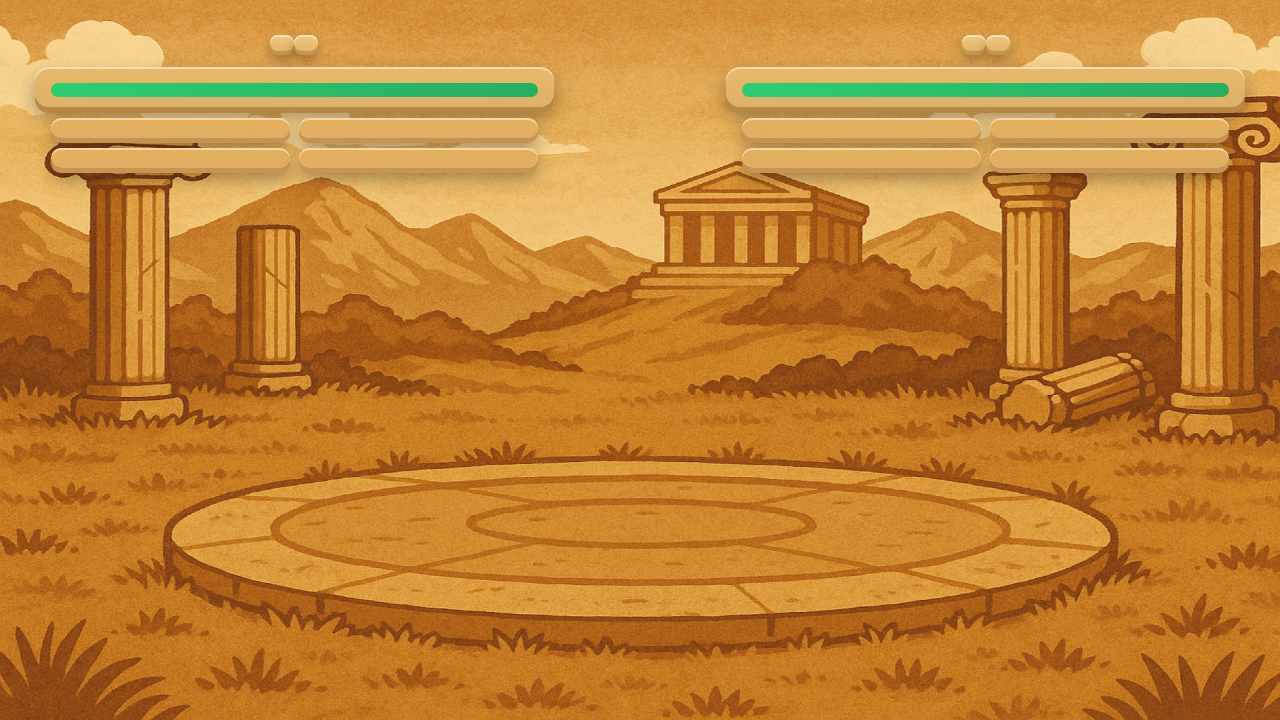
Repository: brianabariteau/Web-1-Final-Project-2025
Page: features/game/game.html
These files come from the project's save history. The page is drawn as it stood at one moment and after the next save; the edit follows.
The browser window is 1280 px wide. The pictures show the whole page.
Some web fonts or font styles are not loaded; a fallback is used.

Above is the page before, as saved 2025-12-23 18:48:39.

### features/game/game.html
<!DOCTYPE html>
<html lang="en">
  <head>
    <meta charset="UTF-8" />
    <meta name="viewport" content="width=device-width, initial-scale=1.0" />
    <title>MythoBattle Game</title>
    <link
      rel="icon"
      type="image/x-icon"
      href="../../assets/characters/zeus.png"
    />
    <script type="module" defer src="./game.js"></script>
    <link rel="stylesheet" href="./game.css" />
    <script
      src="https://code.jquery.com/jquery-3.7.1.min.js"
      integrity="sha256-/JqT3SQfawRcv/BIHPThkBvs0OEvtFFmqPF/lYI/Cxo="
      crossorigin="anonymous"
    ></script>
    <link
      href="https://fonts.googleapis.com/css2?family=Jersey+25&display=swap"
      rel="stylesheet"
    />
  </head>
  <body></body>
</html>

### features/game/game.js
"use strict";

import { CHARACTER_MOVES } from "../../constants/character-movesets.js";
let mode = localStorage.getItem("mode");
let player1Character = JSON.parse(localStorage.getItem("player1Character"));
let player2Character = JSON.parse(localStorage.getItem("player2Character"));

console.log(player1Character);
console.log(player2Character);

// * Functions
function updateGameDisplay() {
  if (!player1Character || !player2Character) return;

  // ? Player 1
  const player1 = player1Character.name;
  console.log(player1);

  player1Icon.attr("src", player1Character.imgSrc);

  player1NameText.text(player1);

  player1Move1.text(CHARACTER_MOVES[player1].move1name);
  player1Move2.text(CHARACTER_MOVES[player1].move2name);
  player1Move3.text(CHARACTER_MOVES[player1].move3name);
  player1Move4.text(CHARACTER_MOVES[player1].move4name);

  player1ability1.text(CHARACTER_MOVES[player1].ability1name);
  player1ability2.text(CHARACTER_MOVES[player1].ability2name);

  // ? Player 2
  const player2 = player2Character.name;

  player2Icon.attr("src", player2Character.imgSrc);

  player2NameText.text(player2);

  player2Move1.text(CHARACTER_MOVES[player2].move1name);
  player2Move2.text(CHARACTER_MOVES[player2].move2name);
  player2Move3.text(CHARACTER_MOVES[player2].move3name);
  player2Move4.text(CHARACTER_MOVES[player2].move4name);

  player2ability1.text(CHARACTER_MOVES[player2].ability1name);
  player2ability2.text(CHARACTER_MOVES[player2].ability2name);
}

async function loadCharacters() {
  updateGameDisplay();
}

// * The Background Image
const background = $("<img>")
  .addClass("background")
  .attr("src", "./assets/battle-background.png")
  .attr("alt", "Background");

// * Player 1
// ? Character Icon
const player1Icon = $("<img>").addClass("player1-icon");

// ! Battle Buttons + Progress
const player1battle = $("<div>").addClass("player1-battle");

// ? Name + Healthbar
const player1Name = $("<div>").addClass("player1-name");
const player1NameText = $("<div>").addClass("player1-name-text");
const player1Health = $("<div>").addClass("player1-health");

$(player1Name).append(player1NameText, player1Health);

// ? Movesets
const player1Moves = $("<div>").addClass("player1-moves");
const player1Move1 = $("<button>").addClass("moves");
const player1Move2 = $("<button>").addClass("moves");
const player1Move3 = $("<button>").addClass("moves");
const player1Move4 = $("<button>").addClass("moves");

$(player1Moves).append(player1Move1, player1Move2, player1Move3, player1Move4);

// ? Abilities
const player1Abilities = $("<div>").addClass("player1-abilities");
const player1ability1 = $("<button>").addClass("player1-ability1");
const player1ability2 = $("<button>").addClass("player1-ability2");
$(player1Abilities).append(player1ability1, player1ability2);

$(player1battle).append(player1Abilities, player1Name, player1Moves);

// * Player 2
// ? Character Icon
const player2Icon = $("<img>").addClass("player-2-icon");

// ! Battle Buttons + Progress
const player2battle = $("<div>").addClass("player2-battle");

// ? Name + Healthbar
const player2Name = $("<div>").addClass("player2-name");
const player2NameText = $("<div>").addClass("player2-name-text");
const player2Health = $("<div>").addClass("player2-health");

$(player2Name).append(player2NameText, player2Health);

// ? Movesets
const player2Moves = $("<div>").addClass("player1-moves");
const player2Move1 = $("<button>").addClass("moves");
const player2Move2 = $("<button>").addClass("moves");
const player2Move3 = $("<button>").addClass("moves");
const player2Move4 = $("<button>").addClass("moves");

$(player2Moves).append(player2Move1, player2Move2, player2Move3, player2Move4);

// ? Abilities
const player2Abilities = $("<div>").addClass("player2-abilities");
const player2ability1 = $("<button>").addClass("player2-ability1");
const player2ability2 = $("<button>").addClass("player2-ability2");
$(player2Abilities).append(player2ability1, player2ability2);

$(player2battle).append(player2Abilities, player2Name, player2Moves);

$("body").append(
  background,
  player1Icon,
  player2Icon,
  player1battle,
  player2battle
);

loadCharacters();

### features/game/game.css
/* ───────────── BASE ───────────── */

body {
  margin: 0;
  width: 100vw;
  height: 100vh;
  overflow: hidden;

  font-family: "Jersey 25", sans-serif;

  display: grid;
  grid-template-columns: 1fr 1fr;
  grid-template-rows: auto 1fr auto;
  align-items: center;
  justify-items: center;
}

/* ───────────── BACKGROUND ───────────── */

.background {
  position: fixed;
  inset: 0;
  width: 100%;
  height: 100%;
  z-index: -1;
}

/* ───────────── PLAYER SPRITES ───────────── */

.player1-icon,
.player-2-icon {
  position: absolute;
  bottom: 18%;
  width: 120px;
  image-rendering: pixelated;
}

.player1-icon {
  left: 20%;
}

.player-2-icon {
  right: 20%;
}

/* ───────────── BATTLE PANELS ───────────── */

.player1-battle,
.player2-battle {
  position: absolute;
  top: 4%;
  width: 38%;

  display: grid;
  grid-template-rows: auto auto auto;
  row-gap: 0.7rem;

  align-items: center;
}

.player1-battle {
  left: 4%;
}

.player2-battle {
  right: 4%;
}

/* ───────────── NAME + HEALTH ───────────── */

.player1-name,
.player2-name {
  background: linear-gradient(to bottom, #e8b96b, #ddb16a);
  border-radius: 14px;
  padding: 10px 16px;

  grid-row: 2;
  justify-self: center;
  width: 100%;

  box-shadow: inset 0 2px 0 rgba(255, 255, 255, 0.5), 0 6px 0 #b88945,
    0 10px 20px rgba(0, 0, 0, 0.35);

  color: #6b3f18;
  text-shadow: 1px 1px #f3d8a8;

  font-size: 1.6rem;
  letter-spacing: 2px;
}

/* Health bar container */
.player1-health,
.player2-health {
  margin-top: 6px;
  height: 14px;
  border-radius: 10px;
  background: #4b2d12;
  overflow: hidden;
}

/* Actual HP fill */
.player1-health::after,
.player2-health::after {
  content: "";
  display: block;
  height: 100%;
  width: 100%; /* change dynamically in JS later */
  background: linear-gradient(to right, #2ecc71, #27ae60);
}

/* ───────────── MOVES GRID ───────────── */

.player1-moves,
.player2-moves {
  display: grid;
  grid-template-columns: 1fr 1fr;
  gap: 0.6rem;

  grid-row: 3;
  width: 100%;
}

/* Ability buttons */
.moves {
  background: linear-gradient(to bottom, #e7b058, #dead68);
  border: none;
  border-radius: 14px;

  font-family: "Jersey 25", sans-serif;
  padding: 10px 14px;
  font-size: 1.2rem;
  letter-spacing: 1px;
  color: #6b3f18;
  text-shadow: 1px 1px #f3d8a8;

  cursor: pointer;

  box-shadow: inset 0 2px 0 rgba(255, 255, 255, 0.5), 0 5px 0 #c89451,
    0 10px 18px rgba(0, 0, 0, 0.35);

  transition: transform 0.12s ease, box-shadow 0.12s ease;
}

.moves:hover {
  filter: brightness(1.05);
  box-shadow: inset 0 2px 0 rgba(255, 255, 255, 0.6), 0 5px 0 #c89451,
    0 0 12px rgba(255, 210, 130, 0.7);
}

.moves:active {
  transform: translateY(4px);
  box-shadow: inset 0 2px 0 rgba(255, 255, 255, 0.4), 0 2px 0 #c89451;
}

/* ───────────── ABILITY BUTTONS ───────────── */

.player1-abilities button,
.player2-abilities button {
  flex: 1;

  background: linear-gradient(to bottom, #f2c980, #e3b567);
  border: none;
  border-radius: 14px;

  padding: 8px 12px;

  font-family: "Jersey 25", sans-serif;
  font-size: 1.05rem;
  letter-spacing: 1px;

  color: #6b3f18;
  text-shadow: 1px 1px #f3d8a8;

  cursor: default; /* abilities usually passive */
  white-space: nowrap;

  box-shadow: inset 0 2px 0 rgba(255, 255, 255, 0.5), 0 4px 0 #c89451,
    0 8px 14px rgba(0, 0, 0, 0.35);

  transition: filter 0.15s ease, transform 0.15s ease;
}

/* Optional: subtle emphasis */
.player1-abilities button:hover,
.player2-abilities button:hover {
  filter: brightness(1.05);
}

/* Optional: disabled/passive look */
.player1-abilities button:disabled,
.player2-abilities button:disabled {
  opacity: 0.85;
}

.player1-abilities,
.player2-abilities {
  margin-bottom: 0.3rem;
  grid-row: 1;
  justify-self: center;
  justify-items: center;
}

.ability-active {
  box-shadow: inset 0 2px 0 rgba(255, 255, 255, 0.6),
    0 0 14px rgba(255, 215, 120, 0.9);
}

/* ───────────── MOBILE ADJUSTMENTS ───────────── */

@media (max-width: 900px) {
  .player1-battle,
  .player2-battle {
    width: 90%;
    left: 5%;
    right: 5%;
  }

  .player1-icon,
  .player-2-icon {
    width: 90px;
    bottom: 10%;
  }

  .player1-icon {
    left: 10%;
  }

  .player-2-icon {
    right: 10%;
  }
}

### constants/character-movesets.js
import { CUSTOM_STATS } from "./characters.js";

export const CHARACTER_MOVES = {
  Zeus: {
    move1name: "Thunderbolt Wrath",
    move2name: "Skybreaker Slam",
    move3name: "Stormcaller Command",
    move4name: "God of Thunder",
    move1effects() {},
    move2effects() {},
    move3effects() {},
    move4effects() {},
    ability1name: "Sky/Lightning",
    ability2name: "King's Wrath",
    ability1effect() {},
    ability2effect() {},
  },
};

### constants/characters.js
export const SPECIFIC_CHARACTERS = [
  "Zeus",
  "Athena",
  "Hestia",
  "Apollo",
  "Artemis",
  "Poseidon",
  "Hades",
  "Demeter",
  "Aphrodite",
  "Hera",
  "Dionysus",
  "Ares",
  "Hephaestus",
  "Persephone",
  "Hermes",
  "Nyx",
  "Hypnos",
  "Thanatos",
  "Morpheus",
  "Asclepius",
];

export const CUSTOM_SPRITES = {
  Zeus: "../../assets/characters/zeus.png",
  Athena: "../../assets/characters/athena.png",
  Hestia: "../../assets/characters/hestia.png",
  Apollo: "../../assets/characters/apollo.png",
  Artemis: "../../assets/characters/artemis.png",
  Poseidon: "../../assets/characters/poseidon.png",
  Hades: "../../assets/characters/hades.png",
  Demeter: "../../assets/characters/demeter.png",
  Aphrodite: "../../assets/characters/aphrodite.png",
  Hera: "../../assets/characters/hera.png",
  Dionysus: "../../assets/characters/dionysus.png",
  Ares: "../../assets/characters/ares.png",
  Hephaestus: "../../assets/characters/hephaestus.png",
  Persephone: "../../assets/characters/persephone.png",
  Hermes: "../../assets/characters/hermes.png",
  Nyx: "../../assets/characters/nyx.png",
  Hypnos: "../../assets/characters/hypnos.png",
  Thanatos: "../../assets/characters/thanatos.png",
  Morpheus: "../../assets/characters/morpheus.png",
  Asclepius: "../../assets/characters/asclepius.png",
};

export const CUSTOM_STATS = {
  Zeus: {
    tier: "Tier 1",
    tierName: "The Big Three",
    hp: 150,
    attack: 110,
    defense: 95,
    speed: 120,
    power: 150,
    resilience: 100,
    stamina: 110,
    domainMastery: "Sky/Lightning",
    masteryDesc: "+25% electric damage",
    specialTrait: "King's Wrath",
    traitDesc: "10% chance to smite enemy for bonus true damage",
  },
  Athena: {
    tier: "Tier 3",
    tierName: "Middle Olympians",
    hp: 140,
    attack: 100,
    defense: 120,
    speed: 105,
    power: 115,
    resilience: 130,
    stamina: 110,
    domainMastery: "Wisdom/Strategy",
    masteryDesc: "Team defense +10%",
    specialTrait: "Perfect Counter",
    traitDesc: "30% chance to auto-block melee attacks",
  },
  Hestia: {
    tier: "Tier 2",
    tierName: "Elder Olympians",
    hp: 140,
    attack: 80,
    defense: 120,
    speed: 85,
    power: 110,
    resilience: 130,
    stamina: 150,
    domainMastery: "Hearth Fire",
    masteryDesc: "Healing + burn damage boosts",
    specialTrait: "Warmth of Home",
    traitDesc: "Grants minor healing each turn to allies",
  },
  Apollo: {
    tier: "Tier 3",
    tierName: "Middle Olympians",
    hp: 130,
    attack: 95,
    defense: 80,
    speed: 125,
    power: 140,
    resilience: 90,
    stamina: 110,
    domainMastery: "Light/Music",
    masteryDesc: "+20% light damage",
    specialTrait: "Prophetic Strike",
    traitDesc: "First attack always crits",
  },
  Artemis: {
    tier: "Tier 3",
    tierName: "Middle Olympians",
    hp: 120,
    attack: 110,
    defense: 85,
    speed: 135,
    power: 105,
    resilience: 95,
    stamina: 115,
    domainMastery: "Moon/Hunt",
    masteryDesc: "+25% crit chance on moving targets",
    specialTrait: "Hunter's Mark",
    traitDesc: "First hit on any enemy does bonus damage",
  },
  Poseidon: {
    tier: "Tier 1",
    tierName: "The Big Three",
    hp: 160,
    attack: 115,
    defense: 110,
    speed: 100,
    power: 140,
    resilience: 120,
    stamina: 115,
    domainMastery: "Sea",
    masteryDesc: "+20% water damage, +30% damage when fighting near water",
    specialTrait: "Tidal Fury",
    traitDesc: "Consecutive attacks increase in damage",
  },
  Hades: {
    tier: "Tier 1",
    tierName: "The Big Three",
    hp: 170,
    attack: 95,
    defense: 140,
    speed: 80,
    power: 130,
    resilience: 150,
    stamina: 90,
    domainMastery: "Underworld",
    masteryDesc: "+30% damage vs undead/fear/sleep",
    specialTrait: "Soul Drain",
    traitDesc: "Steals HP on hit (5% of damage dealt)",
  },
  Demeter: {
    tier: "Tier 2",
    tierName: "Elder Olympians",
    hp: 145,
    attack: 85,
    defense: 115,
    speed: 80,
    power: 125,
    resilience: 110,
    stamina: 130,
    domainMastery: "Harvest",
    masteryDesc: "+20% regeneration, +25% poison resistance",
    specialTrait: "Fallow Curse",
    traitDesc: "Can reduce enemy Attack temporarily",
  },
  Aphrodite: {
    tier: "Tier 4",
    tierName: "Younger Olympians",
    hp: 120,
    attack: 70,
    defense: 80,
    speed: 110,
    power: 115,
    resilience: 85,
    stamina: 100,
    domainMastery: "Charm",
    masteryDesc: "25% chance enemies skip turn",
    specialTrait: "Irresistible Aura",
    traitDesc: "First strike against her does half damage",
  },
  Hera: {
    tier: "Tier 2",
    tierName: "Elder Olympians",
    hp: 150,
    attack: 90,
    defense: 120,
    speed: 90,
    power: 125,
    resilience: 120,
    stamina: 120,
    domainMastery: "Queenship",
    masteryDesc: "Team buffs stronger by 20%",
    specialTrait: "Divine Authority",
    traitDesc: "Immune to charm and can reflect debuffs",
  },
  Dionysus: {
    tier: "Tier 4",
    tierName: "Younger Olympians",
    hp: 130,
    attack: 85,
    defense: 85,
    speed: 95,
    power: 120,
    resilience: 90,
    stamina: 130,
    domainMastery: "Madness",
    masteryDesc: "Debuffs 20% stronger",
    specialTrait: "Ecstatic Frenzy",
    traitDesc: "Random buffs each turn",
  },
  Ares: {
    tier: "Tier 3",
    tierName: "Middle Olympians",
    hp: 150,
    attack: 145,
    defense: 100,
    speed: 110,
    power: 95,
    resilience: 100,
    stamina: 120,
    domainMastery: "War",
    masteryDesc: "+15% damage per hit taken",
    specialTrait: "Bloodlust",
    traitDesc: "Attack increases each time he deals damage",
  },
  Hephaestus: {
    tier: "Tier 4",
    tierName: "Younger Olympians",
    hp: 140,
    attack: 130,
    defense: 135,
    speed: 65,
    power: 115,
    resilience: 110,
    stamina: 100,
    domainMastery: "Forge",
    masteryDesc: "+20% damage with crafted weapons",
    specialTrait: "Molten Skin",
    traitDesc: "Reduces fire damage to 0",
  },
  Persephone: {
    tier: "Tier 5",
    tierName: "Minor Gods",
    hp: 125,
    attack: 75,
    defense: 90,
    speed: 95,
    power: 110,
    resilience: 100,
    stamina: 120,
    domainMastery: "Spring/Underworld",
    masteryDesc: "Alternating form bonuses",
    specialTrait: "Dual Aspect",
    traitDesc: "Stats change each season (Spring boost/Underworld boost)",
  },
  Hermes: {
    tier: "Tier 4",
    tierName: "Younger Olympians",
    hp: 115,
    attack: 90,
    defense: 75,
    speed: 160,
    power: 100,
    resilience: 80,
    stamina: 140,
    domainMastery: "Speed/Trickery",
    masteryDesc: "+20% dodge",
    specialTrait: "Swift Step",
    traitDesc: "Gains an extra small action each turn",
  },
  Nyx: {
    tier: "Tier 0",
    tierName: "Primordial",
    hp: 170,
    attack: 100,
    defense: 120,
    speed: 110,
    power: 160,
    resilience: 140,
    stamina: 120,
    domainMastery: "Night/Void",
    masteryDesc: "+30% shadow damage, +20% evasion in darkness",
    specialTrait: "Primordial Aura",
    traitDesc: "Debuffs have double duration; immune to Sleep and Fear",
  },
  Hypnos: {
    tier: "Tier 5",
    tierName: "Minor Gods",
    hp: 110,
    attack: 60,
    defense: 75,
    speed: 70,
    power: 120,
    resilience: 95,
    stamina: 130,
    domainMastery: "Sleep",
    masteryDesc: "+30% chance to inflict sleep",
    specialTrait: "Dream Veil",
    traitDesc: "20% damage reduction from melee",
  },
  Thanatos: {
    tier: "Tier 5",
    tierName: "Minor Gods",
    hp: 115,
    attack: 90,
    defense: 85,
    speed: 120,
    power: 100,
    resilience: 110,
    stamina: 100,
    domainMastery: "Death",
    masteryDesc: "Kills low-HP enemies instantly",
    specialTrait: "Reaper's Touch",
    traitDesc: "Critical hits do double true damage",
  },
  Morpheus: {
    tier: "Tier 5",
    tierName: "Minor Gods",
    hp: 105,
    attack: 70,
    defense: 80,
    speed: 100,
    power: 125,
    resilience: 85,
    stamina: 110,
    domainMastery: "Dreams",
    masteryDesc: "Illusions reduce enemy accuracy",
    specialTrait: "Shifting Form",
    traitDesc: "15% chance to avoid attacks entirely",
  },
  Asclepius: {
    tier: "Tier 5",
    tierName: "Minor Gods",
    hp: 120,
    attack: 50,
    defense: 85,
    speed: 90,
    power: 135,
    resilience: 110,
    stamina: 150,
    domainMastery: "Healing",
    masteryDesc: "+30% healing power",
    specialTrait: "Miracle Touch",
    traitDesc: "Once per battle revive ally to 30% HP",
  },
};

After the next save:
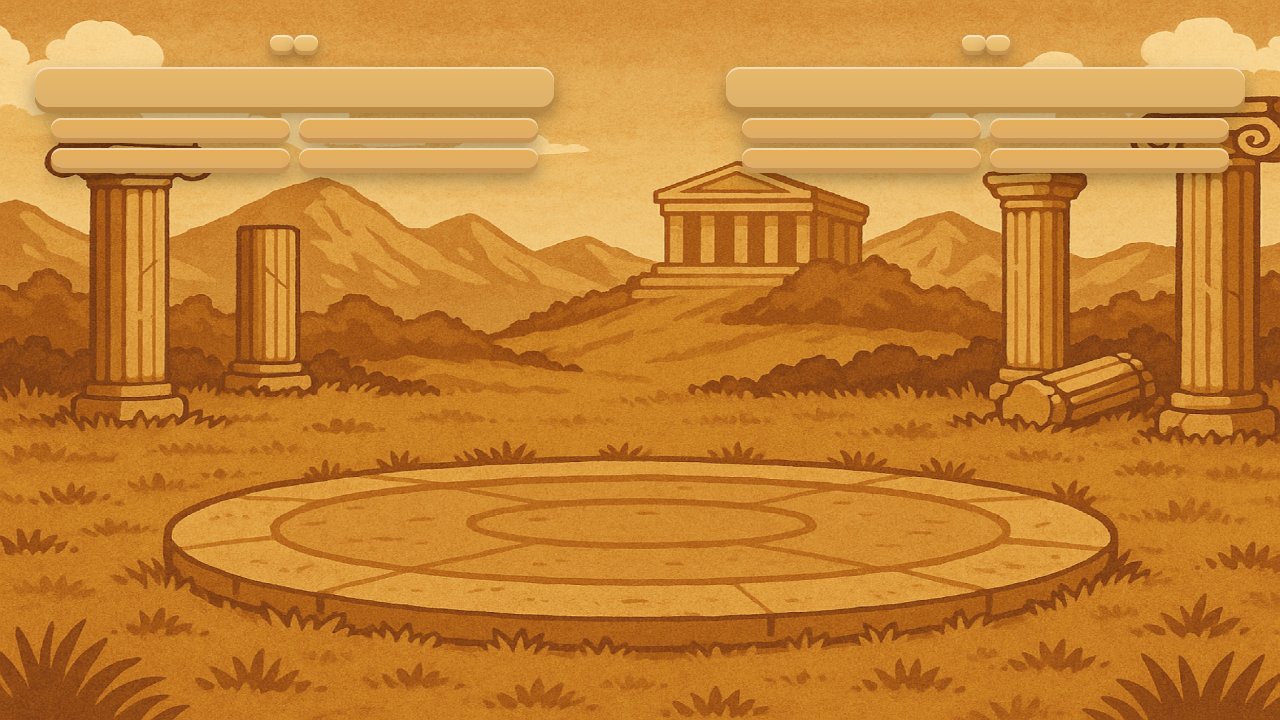
Saved 14 s later.
--- a/features/game/game.css
+++ b/features/game/game.css
@@ -83,6 +83,7 @@
 
   color: #6b3f18;
   text-shadow: 1px 1px #f3d8a8;
+  justify-items: center;
 
   font-size: 1.6rem;
   letter-spacing: 2px;

After the save that followed:
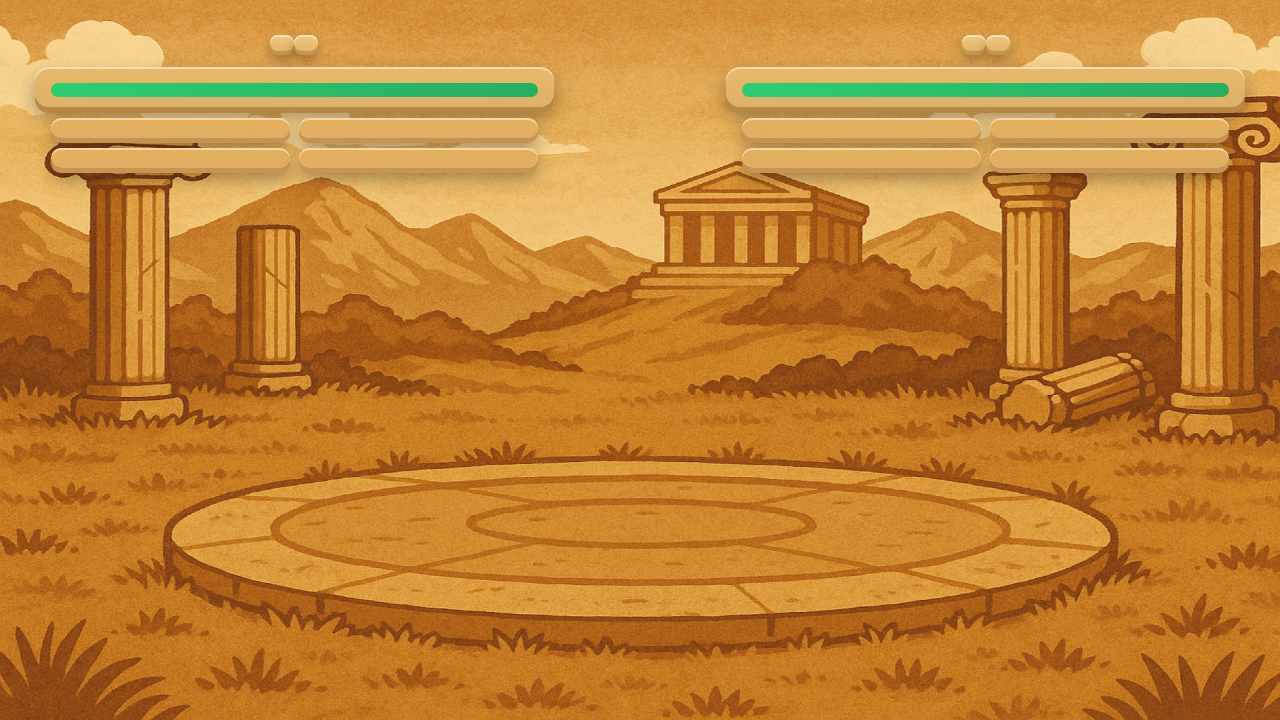
Saved 10 s later.
--- a/features/game/game.css
+++ b/features/game/game.css
@@ -83,7 +83,6 @@
 
   color: #6b3f18;
   text-shadow: 1px 1px #f3d8a8;
-  justify-items: center;
 
   font-size: 1.6rem;
   letter-spacing: 2px;
